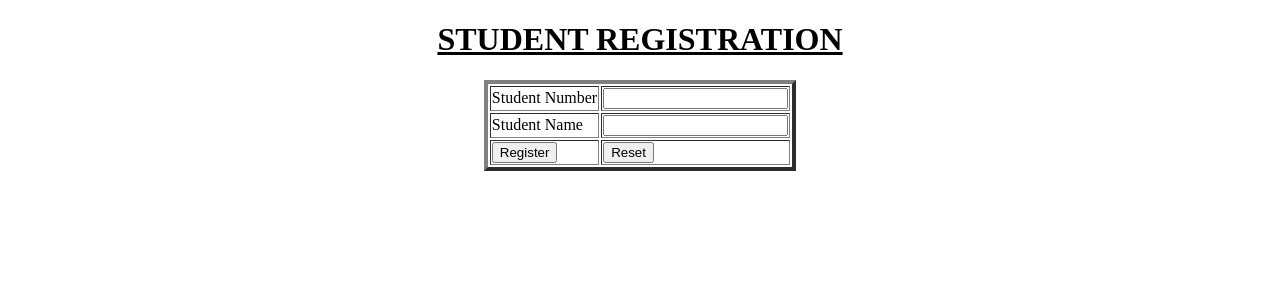
Repository: madhu124/Youtube-demo
Page: StudentRegisApp/WebContent/Register.html
An editor plug-in stored every save of this project. The page is shown before and after the next save, followed by the edit.
The browser window is 1280 px wide. The pictures show the whole page.

Above is the page before, as saved 2017-05-29 16:07:14.

After the next save:
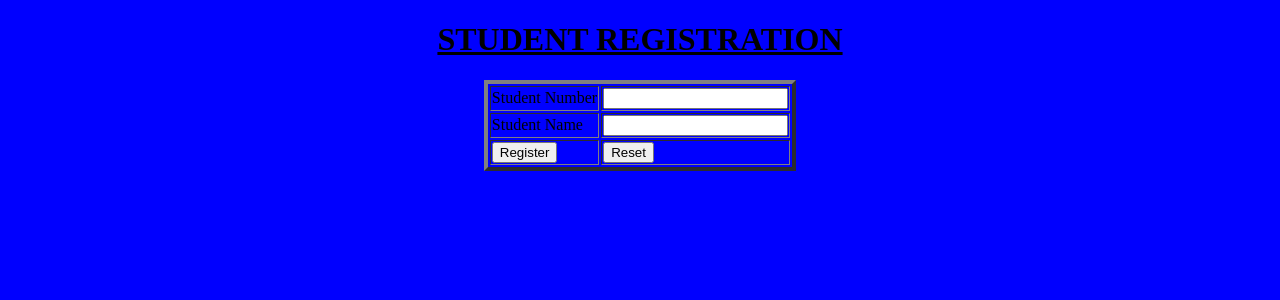
Saved 6 min 27 s later.
--- a/StudentRegisApp/WebContent/Register.html
+++ b/StudentRegisApp/WebContent/Register.html
@@ -4,7 +4,15 @@
 <meta charset="ISO-8859-1">
 <title>Student Registration Application</title>
 </head>
+
+<style>
+body{background-color:blue;}
+h1{font-color:black}
+
+</style>
+
 <body>
+
 	<center>
 		<h1>
 			<u>STUDENT REGISTRATION</u>
